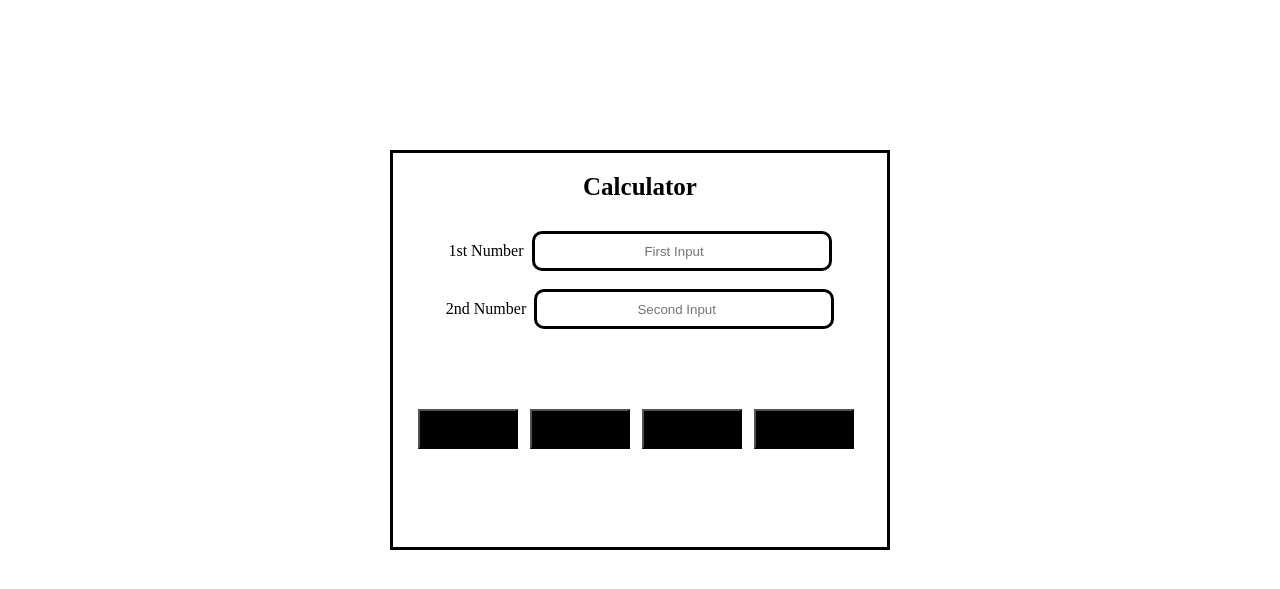
Repository: Shreyash1107/Intern_Projects
Page: Calculator/src/main/webapp/Calculator.html
An editor plug-in stored every save of this project. The page is shown before and after the next save, followed by the edit.
The browser window is 1280 px wide. The pictures show the whole page.

Above is the page before, as saved 2024-07-03 10:46:43.

After the next save:
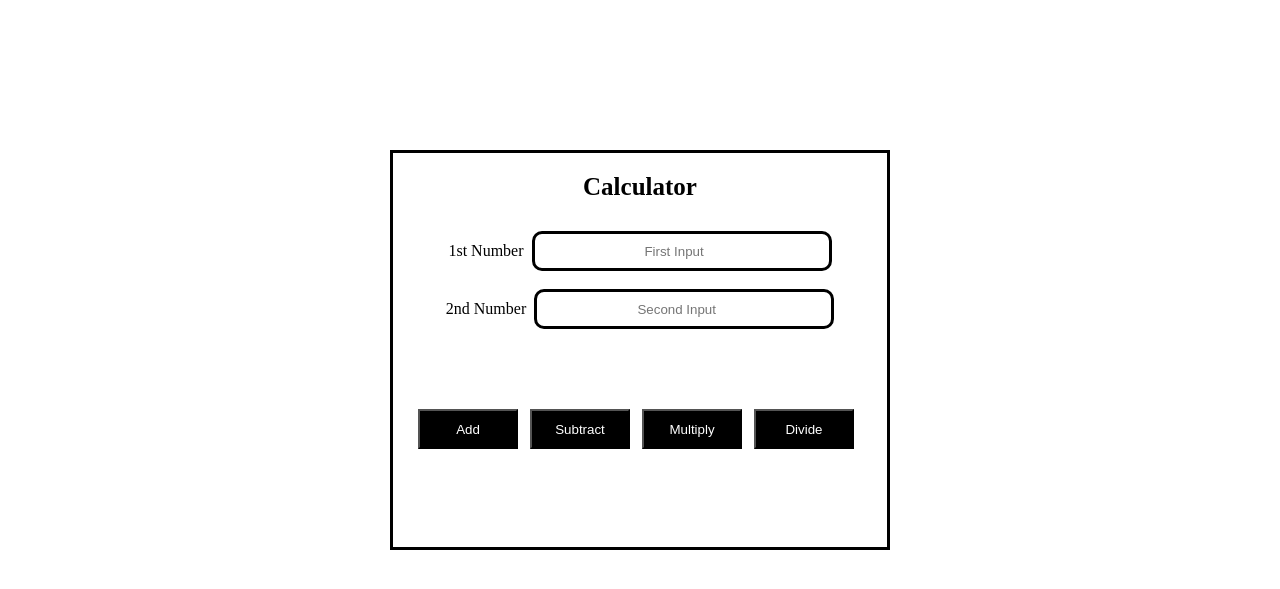
Saved 6 s later.
--- a/Calculator/src/main/webapp/style.css
+++ b/Calculator/src/main/webapp/style.css
@@ -43,6 +43,7 @@ input[type="number"]::placeholder
 input[type="submit"]
 {
 	background-color: black;
+	color: white;
 	width: 100px;
 	height: 40px;
 }
